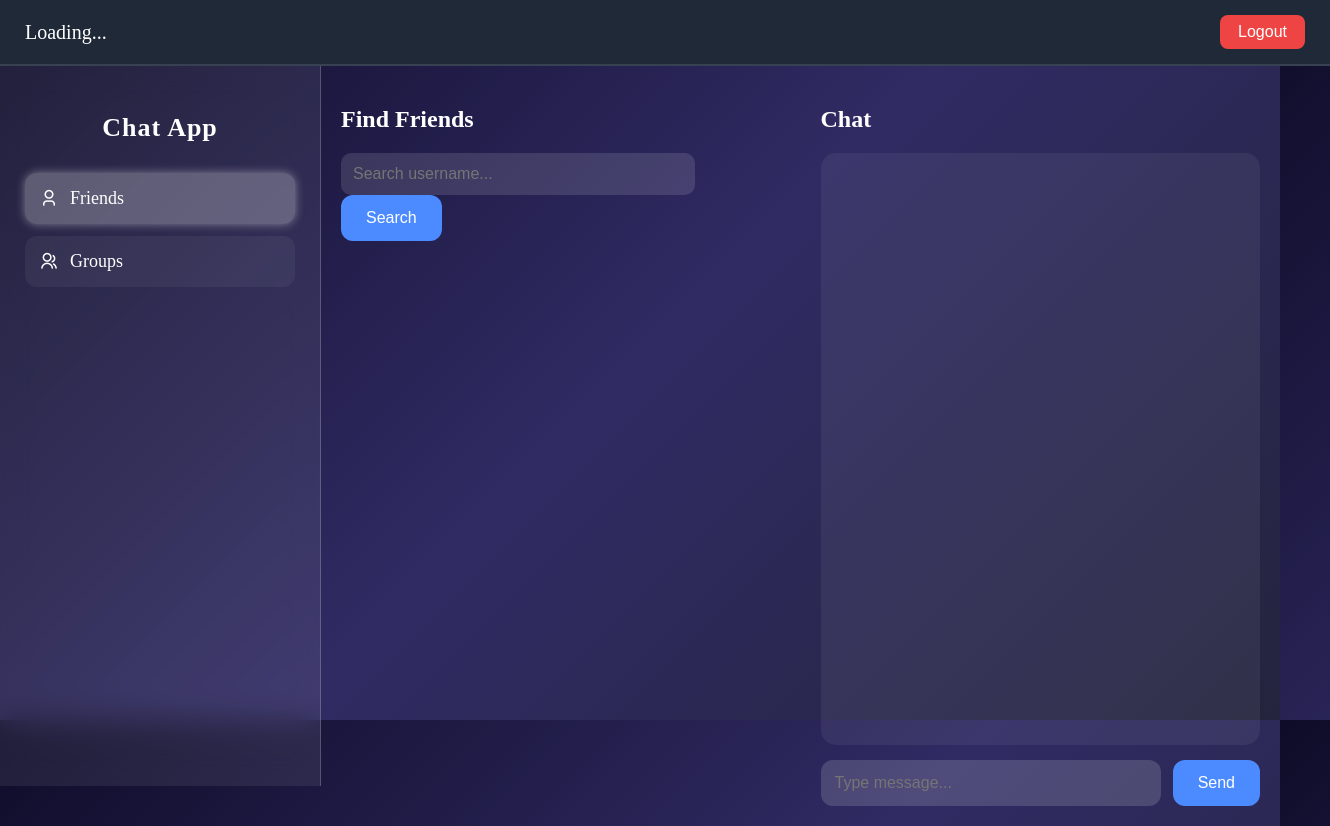
Repository: bharat132002/chat-app
Page: public/index.html
These files come from the project's save history. The page is drawn as it stood at one moment and after the next save; the edit follows.
The browser window is 1280 px wide. The page is 1330 px wide, so the pictures cover 1330 px, including what lies to the right of the window. The pictures show the whole page.

Above is the page before, as saved 2025-12-02 18:59:14.

### public/index.html
<!DOCTYPE html>
<html lang="en">
<head>
    <meta charset="UTF-8">
    <meta name="viewport" content="width=device-width, initial-scale=1.0">
    <title>Ultimate Chat UI</title>

    <!-- Remix Icons -->
    <link href="https://cdn.jsdelivr.net/npm/remixicon/fonts/remixicon.css" rel="stylesheet">

    <style>

        /* GLOBAL */
        body {
            margin: 0;
            background: linear-gradient(135deg, #0f0c29, #302b63, #24243e);
            font-family: 'Poppins';
            color: #fff;
            height: 100vh;
            overflow: hidden;
        }

        /* WRAPPER */
        .main {
            display: flex;
            height: 100vh;
            width: 100%;
        }

        /* SIDEBAR */
        .sidebar {
            width: 270px;
            background: rgba(255, 255, 255, 0.08);
            backdrop-filter: blur(15px);
            border-right: 1px solid rgba(255,255,255,0.2);
            animation: slideIn 0.6s ease;
            padding: 25px;
        }

        @keyframes slideIn {
            from {transform: translateX(-80px); opacity: 0;}
            to   {transform: translateX(0); opacity: 1;}
        }

        .sidebar h2 {
            text-align: center;
            font-size: 26px;
            letter-spacing: 1px;
            margin-bottom: 30px;
        }

        .menu-item {
            padding: 15px;
            margin-top: 12px;
            display: flex;
            align-items: center;
            gap: 12px;
            font-size: 18px;
            border-radius: 12px;
            cursor: pointer;
            transition: 0.3s;
            background: rgba(255,255,255,0.05);
        }

        .menu-item:hover {
            background: rgba(255,255,255,0.2);
            transform: scale(1.04);
            box-shadow: 0 0 12px rgba(255,255,255,0.3);
        }

        .active {
            background: rgba(255,255,255,0.25);
            box-shadow: 0 0 10px #ffffff67;
        }

        /* SCREENS */
        .screen {
            flex: 1;
            padding: 20px;
            display: none;
            animation: fade 0.5s ease;
            height: 100vh;
        }

        @keyframes fade {
            from {opacity: 0; transform: translateY(20px);}
            to   {opacity: 1; transform: translateY(0);}
        }

        .chat-card {
            padding: 16px;
            border-radius: 12px;
            background: rgba(255,255,255,0.1);
            margin-top: 12px;
            cursor: pointer;
            transition: 0.3s;
        }

        .chat-card:hover {
            background: rgba(255,255,255,0.25);
            transform: translateX(6px);
        }

        /* CHAT WINDOW */
        #chatWindow {
            display: flex;
            flex-direction: column;
        }

        #messages {
            flex: 1;
            overflow-y: auto;
            background: rgba(255,255,255,0.06);
            padding: 20px;
            border-radius: 15px;
            height: 75vh;
        }

        .msg {
            padding: 12px 18px;
            margin: 12px 0;
            max-width: 60%;
            border-radius: 18px;
            animation: pop 0.3s ease;
        }

        @keyframes pop {
            from {transform: scale(0.85); opacity: 0;}
            to   {transform: scale(1); opacity: 1;}
        }

        .left { background: #ffffff24; align-self: flex-start; }
        .right { background: #4b8bff; align-self: flex-end; }

        /* INPUT BOX */
        .input-area {
            display: flex;
            gap: 12px;
            margin-top: 15px;
        }

        .input-area input {
            flex: 1;
            padding: 14px;
            border-radius: 12px;
            border: none;
            outline: none;
            background: rgba(255,255,255,0.15);
            color: white;
            font-size: 16px;
        }

        .send-btn {
            padding: 14px 25px;
            border-radius: 12px;
            border: none;
            background: #4b8bff;
            cursor: pointer;
            color: white;
            font-size: 16px;
            transition: 0.3s;
        }

        .send-btn:hover {
            transform: scale(1.06);
            background: #6ea0ff;
        }
        .top-bar {
        width: 100%;
        padding: 15px 25px;
        background: #1f2937;
        border-bottom: 2px solid #374151;
        color: #fff;
        display: flex;
        justify-content: space-between;
        align-items: center;
        font-size: 20px;
        animation: fadeDown 0.5s ease;
    }

    @keyframes fadeDown {
        from { opacity: 0; transform: translateY(-20px); }
        to   { opacity: 1; transform: translateY(0); }
    }

    .logout-btn {
        background: #ef4444;
        border: none;
        padding: 8px 18px;
        border-radius: 8px;
        color: white;
        font-size: 16px;
        cursor: pointer;
        transition: 0.3s;
    }

    .logout-btn:hover {
        background: #dc2626;
        transform: scale(1.05);
    }

    .chat-container {
        padding: 20px;
    }

    </style>
</head>

<body>

<div class="top-bar">
    <span id="chat-username">Loading...</span>

    <button class="logout-btn" onclick="logoutUser()">
        Logout
    </button>
</div>


<div class="main">

    <!-- SIDEBAR -->
    <div class="sidebar">
        <h2>Chat App</h2>

        <div class="menu-item active" onclick="switchScreen('friends', this)">
            <i class="ri-user-3-line"></i> Friends
        </div>

        <div class="menu-item" onclick="switchScreen('groups', this)">
            <i class="ri-group-line"></i> Groups
        </div>
    </div>

    <!-- SCREENS -->
    <div class="screen" id="friends" style="display:block;">
    <h2>Find Friends</h2>

    <div style="margin-top:20px;">
        <input type="text" id="searchFriendInput" placeholder="Search username..."
               style="padding:12px; width:75%; border-radius:10px;
               border:none; outline:none; font-size:16px;
               background:rgba(255,255,255,0.12); color:white;">

        <button class="send-btn" onclick="searchFriend()">Search</button>
    </div>

    <div id="searchResults" style="margin-top:25px;"></div>
</div>

    <div class="screen" id="groups">
        <h2>Groups</h2>

        <div class="chat-card">➕ Create Group (Next Step)</div>
        <div class="chat-card">📌 My Groups</div>
    </div>

    <!-- CHAT WINDOW -->
    <div class="screen" id="chatWindow">
        <h2 id="chatTitle">Chat</h2>

        <div id="messages"></div>

        <div class="input-area">
            <input type="text" id="msgInput" placeholder="Type message..." />
            <button class="send-btn" onclick="sendMsg()">Send</button>
        </div>
    </div>

</div>


<script>
    function switchScreen(screen, element) {
        document.querySelectorAll('.menu-item').forEach(i => i.classList.remove('active'));
        element.classList.add('active');

        document.querySelectorAll('.screen').forEach(s => s.style.display = 'none');
        document.getElementById(screen).style.display = 'block';
    }

    function openChat(name) {
        document.querySelectorAll('.screen').forEach(s => s.style.display = 'none');
        document.getElementById('chatWindow').style.display = 'block';
        document.getElementById('chatTitle').innerText = name;
    }

    function sendMsg() {
        let text = document.getElementById('msgInput').value;
        if (!text) return;

        let box = document.createElement("div");
        box.className = "msg right";
        box.innerText = text;

        document.getElementById("messages").appendChild(box);
        document.getElementById("msgInput").value = "";
    }
</script>
<script>
const tokenKey = "chat_token";

/* 🔍 SEARCH FRIEND */
async function searchFriend() {
    const name = document.getElementById("searchFriendInput").value.trim();
    if (!name) return alert("Enter a username to search!");

    const token = localStorage.getItem(tokenKey);

    let res = await fetch(`/api/friends/search/${name}`, {
        headers: { "Authorization": "Bearer " + token }
    });

    const data = await res.json();

    let html = "";

    if (data.users.length === 0) {
        html = `<p style="opacity:0.7;">No user found</p>`;
    } else {
        data.users.forEach(u => {
            html += `
                <div class="chat-card"
                     style="display:flex; justify-content:space-between; align-items:center;">
                    <span>${u.username}</span>
                    <button onclick="sendFriendRequest(${u.id})"
                        class="send-btn"
                        style="padding:8px 15px; font-size:14px;">
                        Add
                    </button>
                </div>
            `;
        });
    }

    document.getElementById("searchResults").innerHTML = html;
}


/* ➕ SEND FRIEND REQUEST */
async function sendFriendRequest(id) {
    const token = localStorage.getItem(tokenKey);

    let res = await fetch("/api/friends/request", {
        method: "POST",
        headers: {
            "Authorization": "Bearer " + token,
            "Content-Type": "application/json"
        },
        body: JSON.stringify({ receiver_id: id })
    });

    let data = await res.json();
    alert(data.message);
}
</script>
</body>
</html>

After the next save:
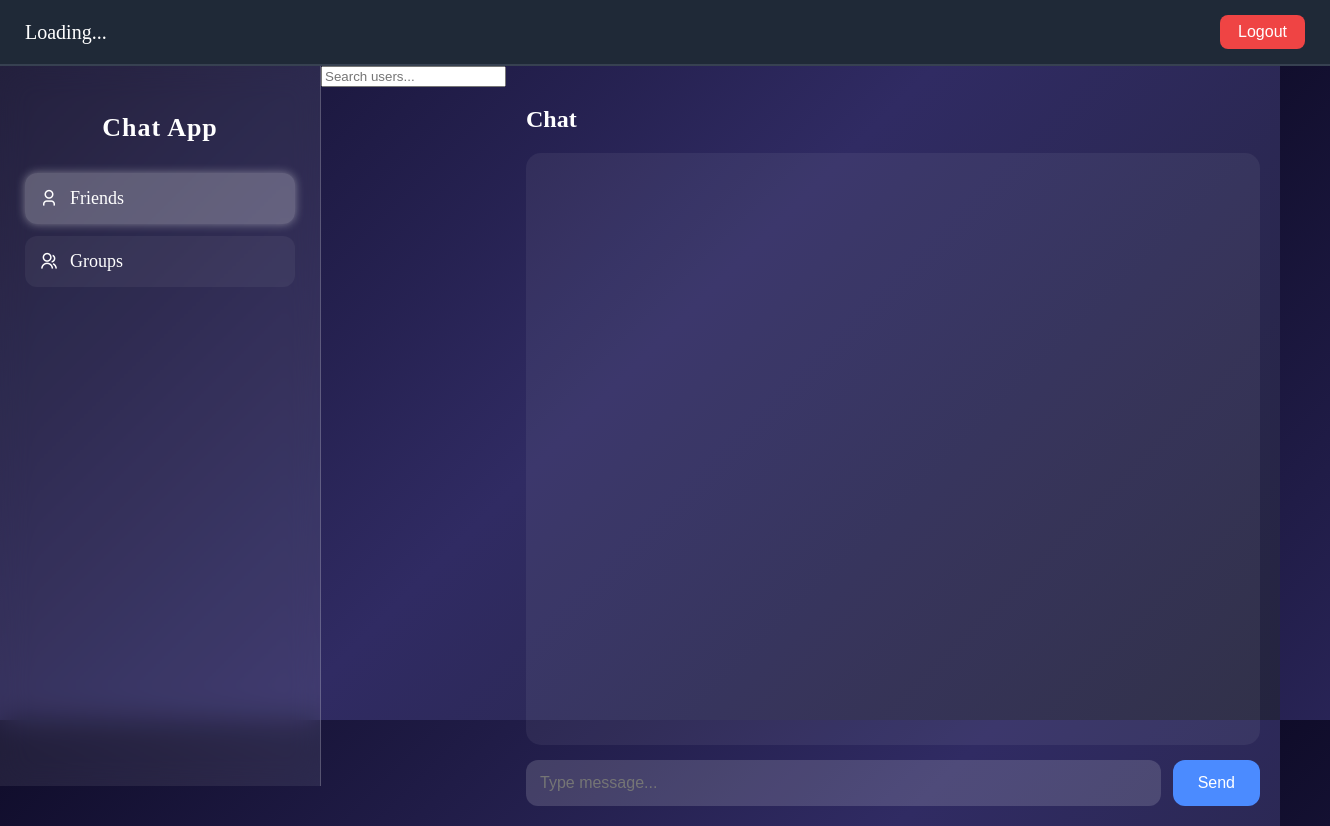
Saved 97 s later.
--- a/public/index.html
+++ b/public/index.html
@@ -233,19 +233,9 @@
     </div>
 
     <!-- SCREENS -->
-    <div class="screen" id="friends" style="display:block;">
-    <h2>Find Friends</h2>
-
-    <div style="margin-top:20px;">
-        <input type="text" id="searchFriendInput" placeholder="Search username..."
-               style="padding:12px; width:75%; border-radius:10px;
-               border:none; outline:none; font-size:16px;
-               background:rgba(255,255,255,0.12); color:white;">
-
-        <button class="send-btn" onclick="searchFriend()">Search</button>
-    </div>
-
-    <div id="searchResults" style="margin-top:25px;"></div>
+  <div class="search-box">
+  <input type="text" id="searchInput" placeholder="Search users...">
+  <div id="searchResults"></div>
 </div>
 
     <div class="screen" id="groups">
